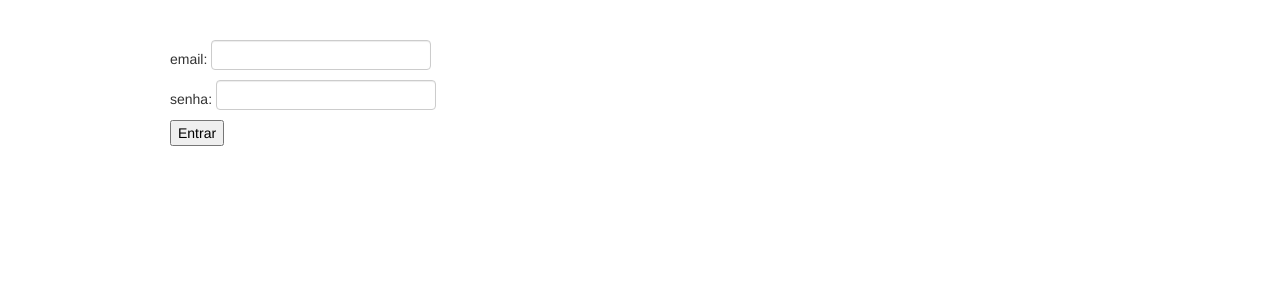
Repository: PauloCeami/Vendas-JSF-E-JAVAEE
Page: http://localhost/PDV/
An editor plug-in stored every save of this project. The page is shown before and after the next save, followed by the edit.
The browser window is 1280 px wide. The pictures show the whole page.
The page is served by Tomcat 9. Other server files are loaded and not shown.

Above is the page before, as saved 2013-05-26 17:32:36.

### PDV/WebContent/login.jsp

<!DOCTYPE html>
<html lang="en">
<head>
<title>Login</title>
<meta http-equiv="Content-Type" content="text/html; charset=UTF-8">

        <style type="text/css">
            <%@ include  file="css/bootstrap.css"%>
        </style>


<!-- HTML5 shim, for IE6-8 support of HTML5 elements -->
<!--[if lt IE 9]>
          <script src="../assets/js/html5shiv.js"></script>
        <![endif]-->

<!-- Fav and touch icons -->



</head>

<body>

	<div class="container">

	   <div class="row">

	   <div class="span12">
	   	<form action="." method="post">
			<input type="hidden" name="acao" value="AutenticaUsuario" /> email:
			<input type="text" name="email" /><br /> senha: <input
				type="password" name="senha" /><br /> <input type="submit"
				value="Entrar" /><br />
		</form>

	   </div>

	   </div>
	</div>
	<!-- /container -->

	<!-- Le javascript
        ================================================== -->
	<!-- Placed at the end of the document so the pages load faster -->



</body>
</html>

### PDV/src/br/pdv/controller/Controller.java
package br.pdv.controller;

import java.io.IOException;
import javax.servlet.ServletException;
import javax.servlet.annotation.WebServlet;
import javax.servlet.http.HttpServlet;
import javax.servlet.http.HttpServletRequest;
import javax.servlet.http.HttpServletResponse;
import br.pdv.action.Command;
import br.pdv.model.SessaoApp;

@WebServlet("/")
public class Controller extends HttpServlet {
	private static final long serialVersionUID = 1L;

	protected void doGet(HttpServletRequest request, HttpServletResponse response)
			throws ServletException, IOException {
        String acao = (
        		null==request.getParameter("acao")
        		? "."
        		: request.getParameter("acao")
        	);

        // verificar se a sessão é inválida
        if ( false==SessaoApp.valida(request)
        		&& (!acao.equals("AutenticaUsuario")) ) {
        	// não logado
        	// força encerramento da sessão
        	SessaoApp.encerra(request);
        	// força mostrar formulário de login
        	acao = "MostraLogin";
        }

        /* carrega a classe correspondente à ação a ser executada e
         * invoca o método execute desta classe passando request
         * como parâmetro */
        try { // captura as exceções que possam ser geradas
            // gera caminho da classe correspondente à ação
        	String caminhoClasse = "br.pdv.action." + acao;
            // carrega a classe correspondente à ação
            Class classe = Class.forName(caminhoClasse);
            // instancia a acao a ser executada
            Command comando = (Command) classe.newInstance();
            // roda o método execute()
            comando.execute(request,response);
        } catch (Exception e) { // exceção ao invocar o método
            throw new RuntimeException(e);
        }

	}

	protected void doPost(HttpServletRequest request, HttpServletResponse response)
			throws ServletException, IOException {
		doGet(request, response);
	}

}

### PDV/src/br/pdv/model/SessaoApp.java
package br.pdv.model;

import java.util.Date;

import javax.servlet.http.HttpServletRequest;
import javax.servlet.http.HttpSession;

public class SessaoApp {
    private final int TEMPO_EXPIRACAO = 3800; // 1800 segundos = 30 min
    private Usuario usuario;
    private long ultimoAcesso;

    public SessaoApp() {
        super();
    }

    public Usuario getUsuario() {
        return usuario;
    }

    public void setUsuario(Usuario usuario) {
        this.usuario = usuario;
    }

    public long getUltimoAcesso() {
        return ultimoAcesso;
    }

    public void setUltimoAcesso(long ultimoAcesso) {
        this.ultimoAcesso = ultimoAcesso;
    }

    public static Usuario leUsuario(HttpServletRequest request) { // le usuario logado
    	HttpSession s = request.getSession();
    	SessaoApp sa = ( null==s.getAttribute("sessaoapp")
    						? new SessaoApp()
    						: (SessaoApp) s.getAttribute("sessaoapp") );
    	return sa.getUsuario();
    }

    public static void encerra(HttpServletRequest request) {
    	HttpSession s = request.getSession();
    	if (null!=s.getAttribute("sessaoapp")) {
    		s.removeAttribute("sessaoapp");
    	}
    }

    public static void inicia(Usuario usuario, HttpServletRequest request) {
    	HttpSession s = request.getSession();
    	SessaoApp sa = ( null==s.getAttribute("sessaoapp")
    						? new SessaoApp()
    						: (SessaoApp) s.getAttribute("sessaoapp") );
        sa.setUsuario(usuario);
        Date d = new Date();
        sa.setUltimoAcesso(d.getTime()/1000);
        s.setAttribute("sessaoapp", sa);
    }

    public static boolean valida(HttpServletRequest request) {
    	boolean ret = false;
    	HttpSession s = request.getSession();
    	SessaoApp sa = ( null==s.getAttribute("sessaoapp")
    						? new SessaoApp()
    						: (SessaoApp) s.getAttribute("sessaoapp") );
        if (sa.usuario!=null) {
            Date d = new Date();
            long agora = d.getTime()/1000;
            long tempoDecorrido = agora-sa.ultimoAcesso;
            if (tempoDecorrido<=sa.TEMPO_EXPIRACAO) {
                sa.ultimoAcesso = agora;
                s.setAttribute("sessaoapp", sa);
                ret = true;
            }
        }
    	return ret;
    }

}

### PDV/src/br/pdv/action/Command.java
package br.pdv.action;

import javax.servlet.http.HttpServletRequest;
import javax.servlet.http.HttpServletResponse;

public interface Command {
	public void execute(HttpServletRequest request, HttpServletResponse response)
		throws Exception;
}

### PDV/src/br/pdv/action/MostraLogin.java
package br.pdv.action;

import javax.servlet.http.HttpServletRequest;
import javax.servlet.http.HttpServletResponse;

public class MostraLogin implements Command {

	@Override
	public void execute(HttpServletRequest request, HttpServletResponse response)
			throws Exception {
		// redireciona para a login.jsp
		request.getRequestDispatcher("login.jsp").forward(request, response);
	}
}

Loaded but not shown: PDV/WebContent/css/bootstrap.css (library)

After the next save:
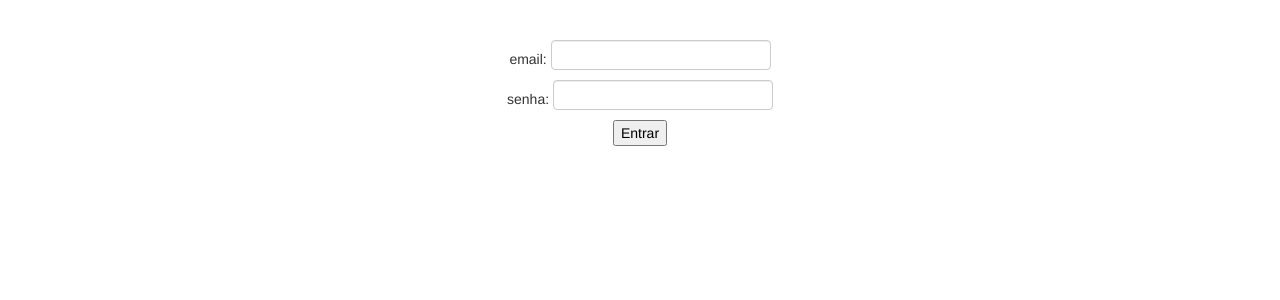
Saved 69 s later.
--- a/PDV/WebContent/login.jsp
+++ b/PDV/WebContent/login.jsp
@@ -28,7 +28,7 @@
 	   <div class="row">
 
 	   <div class="span12">
-	   	<form action="." method="post">
+	   	<form action="." method="post" align="center">
 			<input type="hidden" name="acao" value="AutenticaUsuario" /> email:
 			<input type="text" name="email" /><br /> senha: <input
 				type="password" name="senha" /><br /> <input type="submit"
